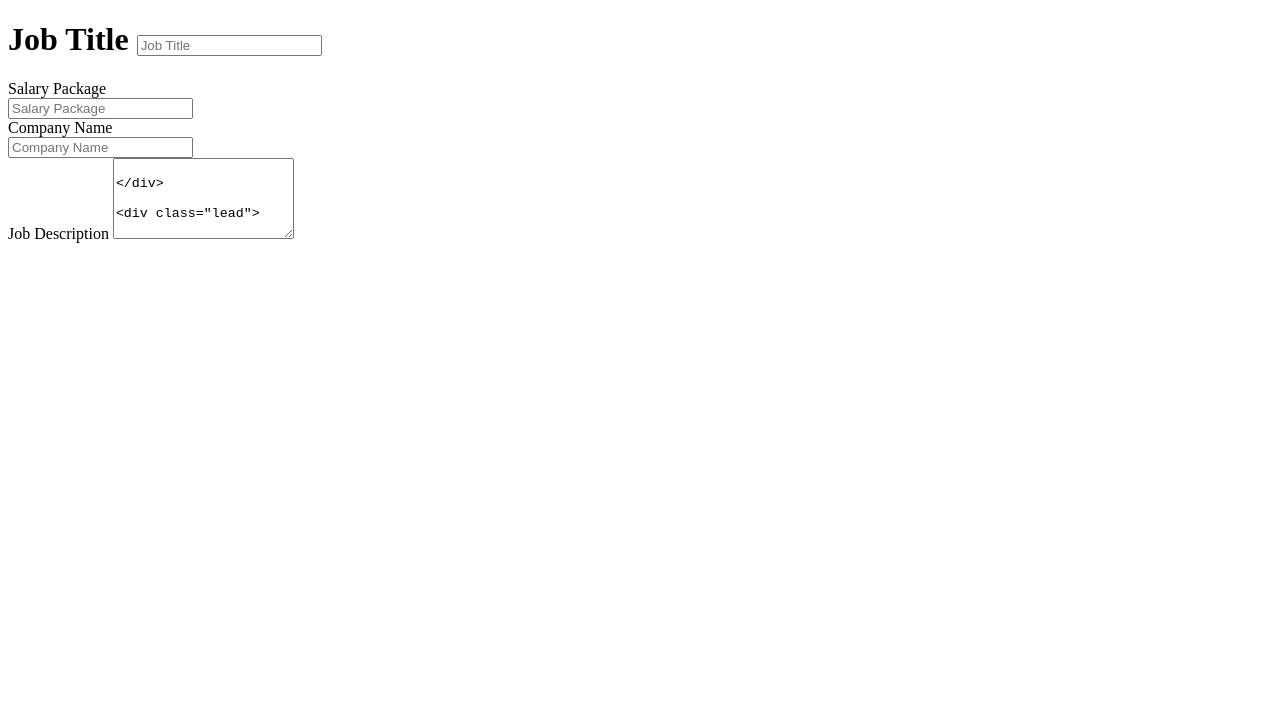
Repository: Indurupi/FriendZone
Page: FriendZoneFrontEnd/WebContent/createjob.html
The author's editor kept a copy of each file at every save. The page is drawn from the files as they stood at one save, then again after the next save.
The browser window is 1280 px wide. The pictures show the whole page.

Above is the page before, as saved 2017-03-18 15:43:18.

After the next save:
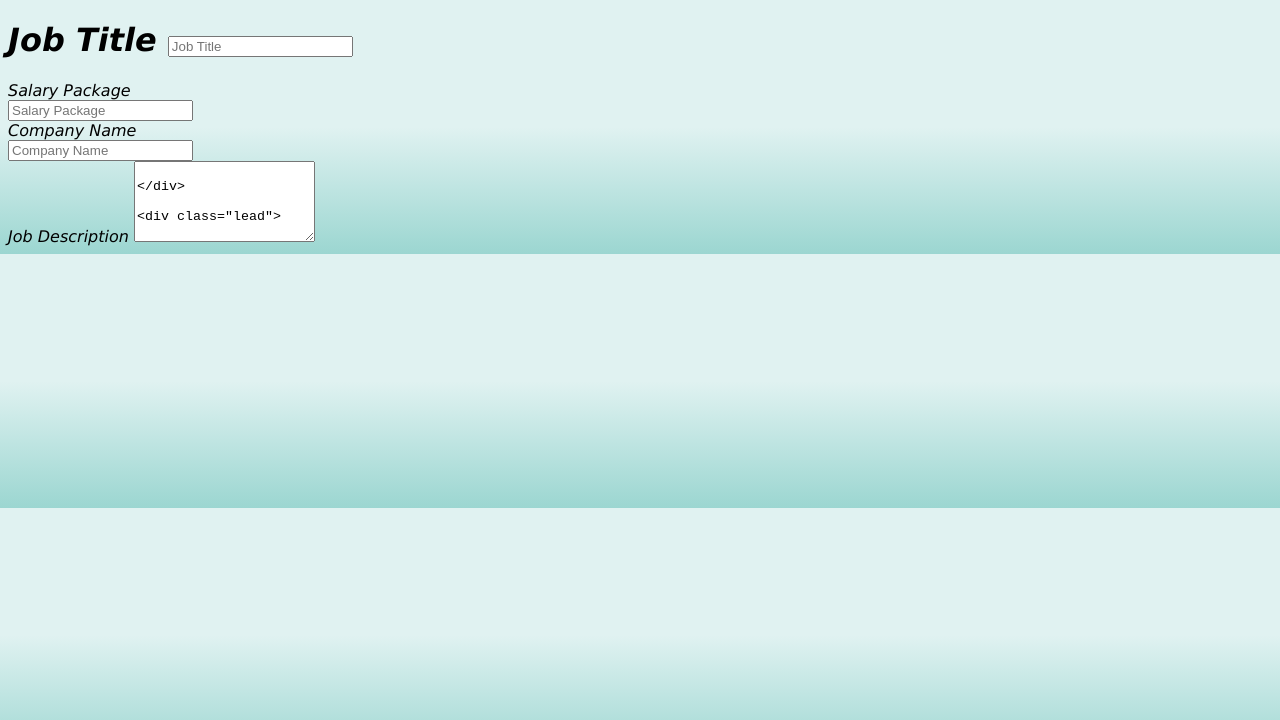
Saved 16 s later.
--- a/FriendZoneFrontEnd/WebContent/createjob.html
+++ b/FriendZoneFrontEnd/WebContent/createjob.html
@@ -3,6 +3,13 @@
 <head>
 <meta charset="ISO-8859-1">
 <title>FriendZone</title>
+<style type="text/css">
+body {
+	background: linear-gradient(to bottom, #e0f2f1 50%, #80cbc4 120%);
+	font-family: Verdana, san-serif;
+	font-style: italic;
+}
+</style>
 </head>
 <body ng-app="friendzoneApp">
 	<div class="container" ng-controller="jobcontroller as jobc">
